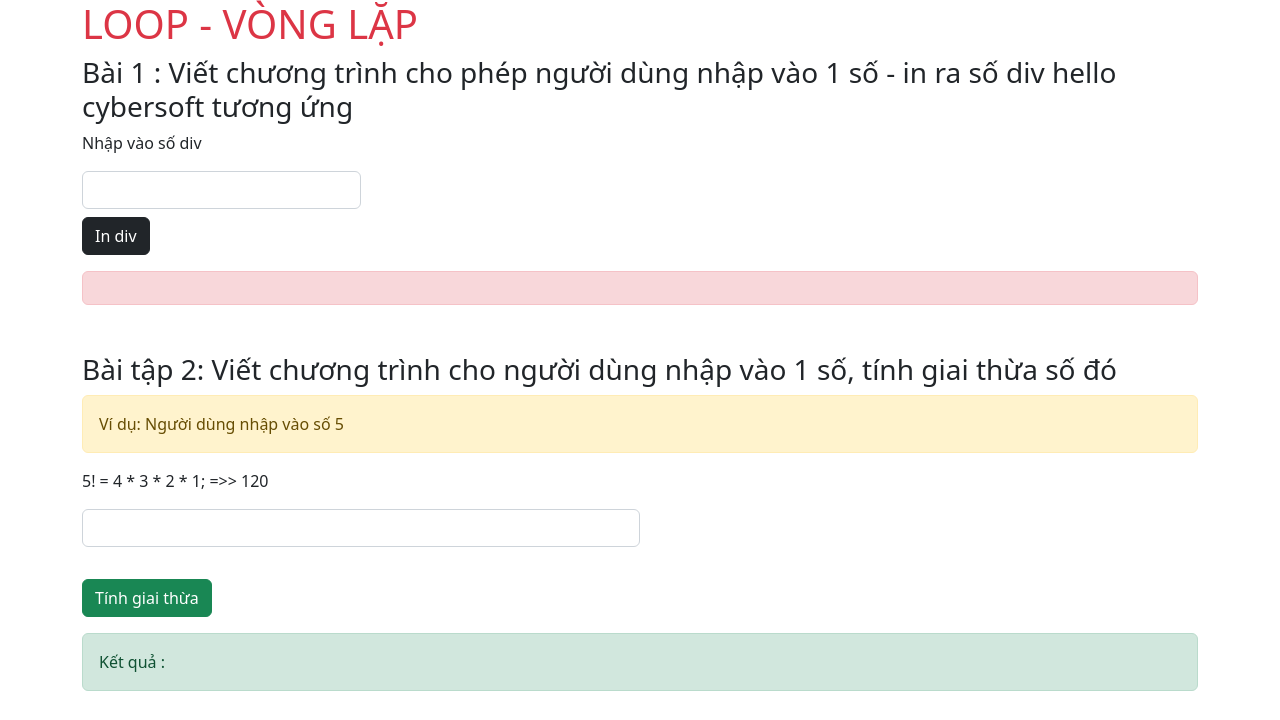
Repository: hcozyph/cyberSoft_JS_fulldocs
Page: JS_6_LOOP/index.html
An editor plug-in stored every save of this project. The page is shown before and after the next save, followed by the edit.
The browser window is 1280 px wide. The pictures show the whole page.

Above is the page before, as saved 2023-02-08 20:13:35.

### JS_6_LOOP/index.html
<!DOCTYPE html>
<html lang="en">
    <head>
        <title>JS_6_LOOP</title>
        <!-- Required meta tags -->
        <meta charset="utf-8" />
        <meta
            name="viewport"
            content="width=device-width, initial-scale=1, shrink-to-fit=no"
        />

        <!-- Bootstrap CSS v5.2.1 -->
        <link
            href="https://cdn.jsdelivr.net/npm/bootstrap@5.2.1/dist/css/bootstrap.min.css"
            rel="stylesheet"
            integrity="sha384-iYQeCzEYFbKjA/T2uDLTpkwGzCiq6soy8tYaI1GyVh/UjpbCx/TYkiZhlZB6+fzT"
            crossorigin="anonymous"
        />
    </head>

    <body style="margin: 0 auto; padding: 0">
        <div class="container">
            <h1 class="text-danger" style="margin: 0 auto">LOOP - VÒNG LẶP</h1>

            <!-- BT1: Bài tập in ra số div tương ứng -->
            <h3 class="my-2">
                Bài 1 : Viết chương trình cho phép người dùng nhập vào 1 số - in
                ra số div hello cybersoft tương ứng
            </h3>

            <div class="form-group">
                <p>Nhập vào số div</p>
                <input
                    type="text"
                    name=""
                    class="form-control w-25"
                    id="so-div"
                />

                <button class="btn btn-dark my-2" id="btn-in-div">
                    In div
                </button>
            </div>

            <div class="alert alert-danger mt-2 mb-5" id="ket-qua-bai-1"></div>

            <!-- BT2: Tính giai thừa -->
            <h3>
                Bài tập 2: Viết chương trình cho người dùng nhập vào 1 số, tính giai thừa số đó
            </h3>

            <p class="alert alert-warning">
                Ví dụ: Người dùng nhập vào số 5
                <p>
                    5! = 4 * 3 * 2 * 1; =>> 120
                </p>
            </p>

            <div class="form-group">
                <input type="text" id="so-giai-thua" class="form-control w-50"> <br>
                <button class="my-2 btn btn-success" id="btn-tinh-giai-thua">Tính giai thừa</button>
            </div>

            <p class="alert alert-success my-2">
                Kết quả : <span id="ket-qua-bai-2"></span>
            </p>




        </div>

        <!-- Bootstrap JavaScript Libraries -->
        <script
            src="https://cdn.jsdelivr.net/npm/@popperjs/core@2.11.6/dist/umd/popper.min.js"
            integrity="sha384-oBqDVmMz9ATKxIep9tiCxS/Z9fNfEXiDAYTujMAeBAsjFuCZSmKbSSUnQlmh/jp3"
            crossorigin="anonymous"
        ></script>

        <script
            src="https://cdn.jsdelivr.net/npm/bootstrap@5.2.1/dist/js/bootstrap.min.js"
            integrity="sha384-7VPbUDkoPSGFnVtYi0QogXtr74QeVeeIs99Qfg5YCF+TidwNdjvaKZX19NZ/e6oz"
            crossorigin="anonymous"
        ></script>

        <script src="./JS_6/index.js"></script>
    </body>
</html>

### JS_6_LOOP/JS_6/index.js
console.log('lần1');
console.log('lần2');
console.log('lần3');
console.log('lần4');

/*
    Cấu trúc vòng lặp: Dùng để thực hiện 1 hành động được lặp đi lặp lại nhiều lần.

    //CÁC BƯỚC CẤU THÀNH VÒNG LẶP
    B1: Xác định điều kiện thay đổi trong biểu thức lặp (có 1 biến nào đó gọi là biến điều kiện)

    B2: Dựa vào biến thay đổi để thực hiện điều kiện lặp

    B3: Cài đặt xử lý trong mỗi lần lặp

    B4: Thay đổi giá trị của biến điều kiện để đến 1 lúc nào đó nó sẽ dừng

*/

////

//Bước 1: Xác định điều kiện lặp
var soLan = 0;

//Bước 2: Điều kiện lặp
while (soLan <= 5) {
    //Bước 3: xử lý
    console.log('hello CyberSoft ! lần' + soLan);

    //Bước 4: thay đổi điều kiện sau mỗi lần lặp để DỪNG
    soLan += 1;
};

////////////////////////////////////////////////////////

//BÀI 1: Bài tập in ra số div tương ứng

document.getElementById('btn-in-div').onclick = function () {

    //input: số lượng div
    var soLuongDiv = Number(document.getElementById('so-div').value);

    //output:
    var htmlOutput = '';

    //process:

    //B1: xác định điều kiện thay đổi - khai báo biến điều kiện
    var soLan = 1;

    //B2: Điều kiện lặp
    while (soLan <= soLuongDiv) {

        //B3: Xử lý mỗi lần lặp
        htmlOutput = htmlOutput + '<div>Helu</div>';

        //B4: Thay đổi điều kiện để stop loop
        soLan += 1;
    }

    //////////////////Nhớ đặt trong function//////////////
    //In output ra giao điện
    document.getElementById('ket-qua-bai-1').innerHTML = htmlOutput;
}

After the next save:
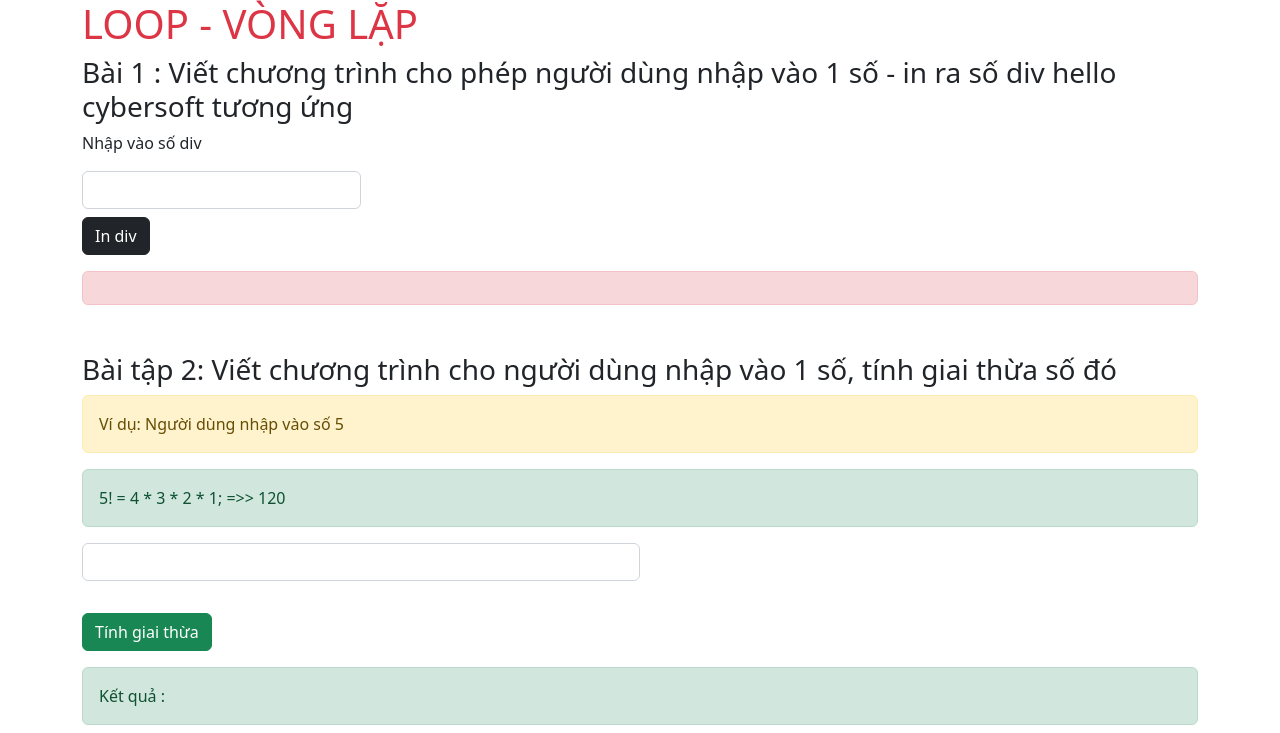
Saved 24 s later.
--- a/JS_6_LOOP/index.html
+++ b/JS_6_LOOP/index.html
@@ -51,7 +51,7 @@
 
             <p class="alert alert-warning">
                 Ví dụ: Người dùng nhập vào số 5
-                <p>
+                <p class="alert alert-success">
                     5! = 4 * 3 * 2 * 1; =>> 120
                 </p>
             </p>
